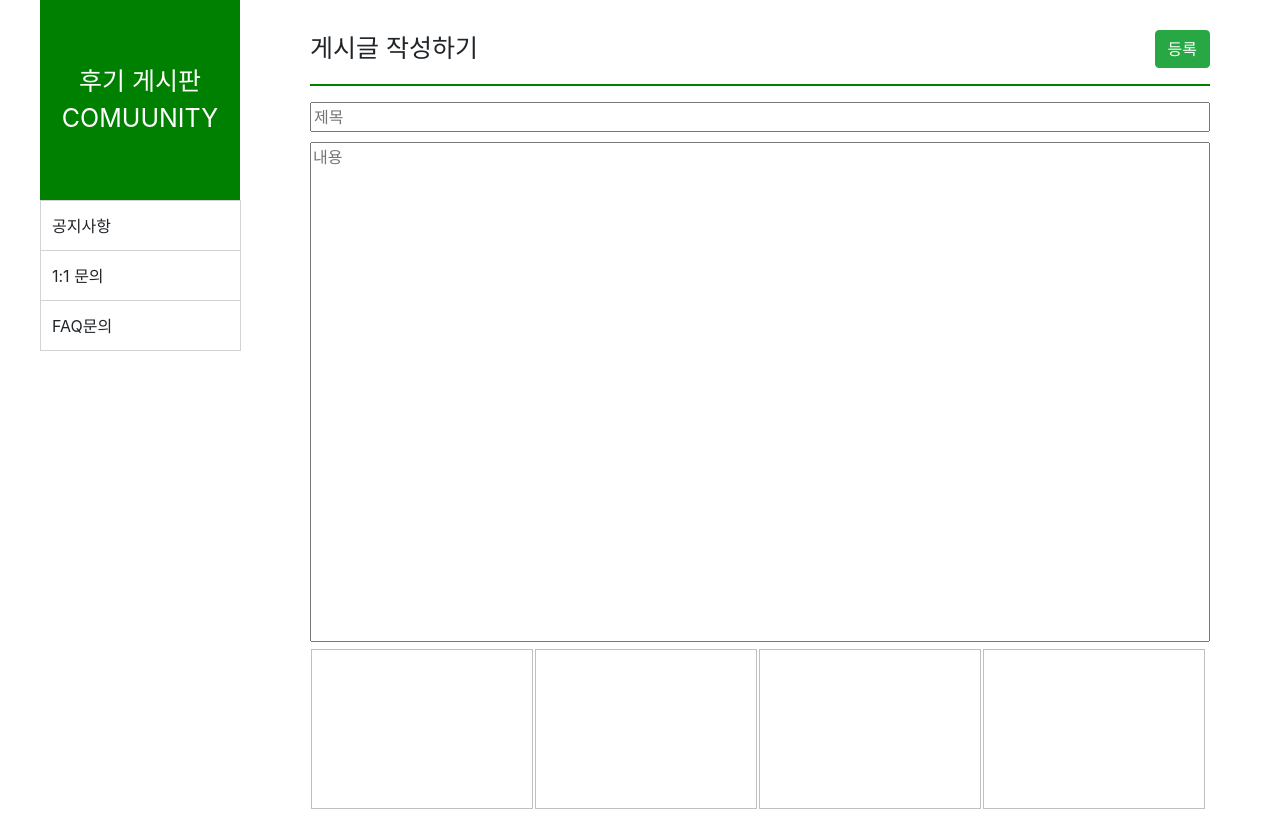
Repository: maru4737/semi
Page: http://localhost/Semi_Project/enroll.fd
These files come from the project's save history. The page is drawn as it stood at one moment and after the next save; the edit follows.
The browser window is 1280 px wide. The pictures show the whole page.
The page is served by Tomcat 9.

Above is the page before, as saved 2021-12-06 09:55:26.

After the next save:
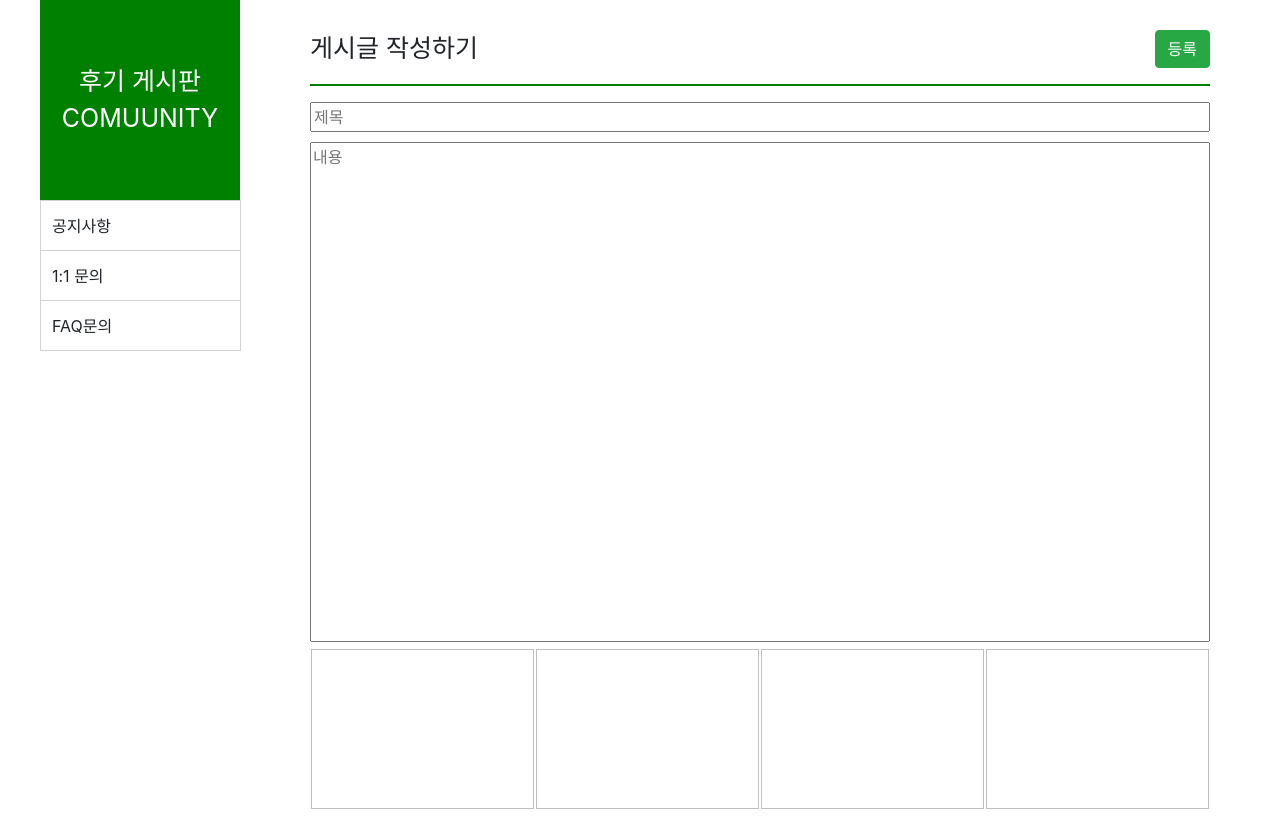
Saved 9 s later.
--- a/Semi_Project/WebContent/views/board/boardEnrollView.jsp
+++ b/Semi_Project/WebContent/views/board/boardEnrollView.jsp
@@ -146,10 +146,10 @@
 					<table>
 
 						<tr>
-							<td><img id="titleImg" width="222" height="160" ></td>
-							<td><img id="contentImg1" width="222" height="160"></td>
-							<td><img id="contentImg2" width="222" height="160"></td>
-							<td><img id="contentImg3" width="222" height="160"></td>
+							<td><img id="titleImg" width="223" height="160" ></td>
+							<td><img id="contentImg1" width="223" height="160"></td>
+							<td><img id="contentImg2" width="223" height="160"></td>
+							<td><img id="contentImg3" width="223" height="160"></td>
 						</tr>
 					</table>
 
